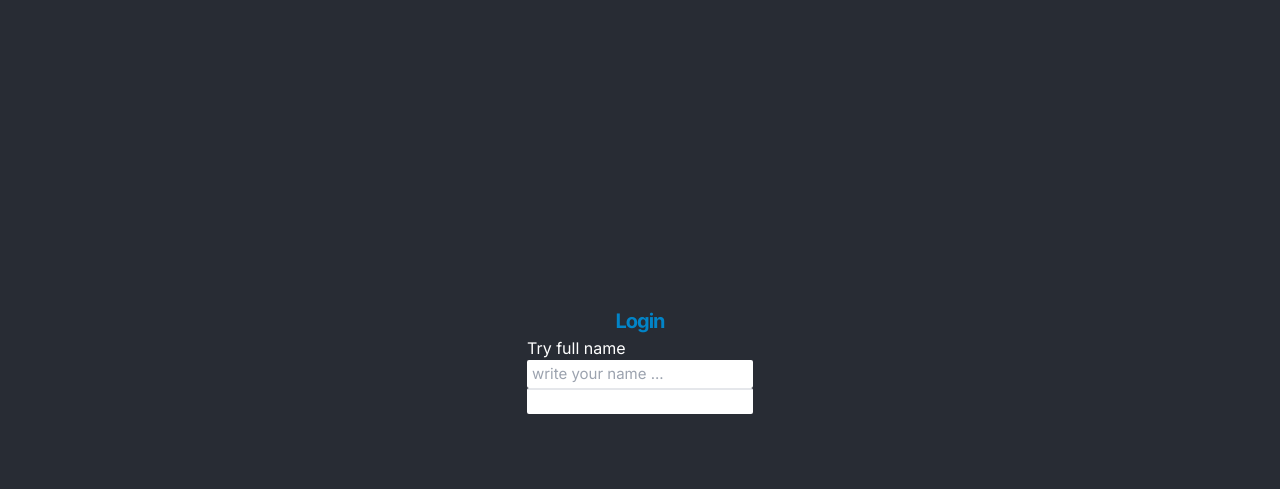
Repository: devsecops-node/simple-play
Page: /
An editor plug-in stored every save of this project. The page is shown before and after the next save, followed by the edit.
The browser window is 1280 px wide. The pictures show the whole page.
The project was rebuilt for these pictures with package versions that can differ from the ones it lists, and the page was loaded fresh each time. The framework's server and built-in components were replaced by stand-ins that run in the browser. Also part of the build but not shown: next.config.mjs.

Above is the page before, as saved 2024-06-21 12:41:56.

### src/app/(main)/page.tsx
import Image from "next/image";
import Container from "../_components/Container";
import FormsName from "../_components/FormsName";

export default function Home() {
  return (
    <Container>
      <h1 className="text-[20px] text-sky-600 font-bold tracking-tighter">Login</h1>
      <FormsName />
    </Container>
  );
}

### src/app/globals.css
@tailwind base;
@tailwind components;
@tailwind utilities;

:root {
  --foreground-rgb: 0, 0, 0;
  --background-start-rgb: 214, 219, 220;
  --background-end-rgb: 255, 255, 255;
}

@media (prefers-color-scheme: dark) {
  :root {
    --foreground-rgb: 255, 255, 255;
    --background-start-rgb: 0, 0, 0;
    --background-end-rgb: 0, 0, 0;
  }
}

body {
  color: rgb(var(--foreground-rgb));
  background: linear-gradient(
      to bottom,
      transparent,
      rgb(var(--background-end-rgb))
    )
    rgb(var(--background-start-rgb));
}

@layer utilities {
  .text-balance {
    text-wrap: balance;
  }
}

input{
  color: black;
  padding: 3px 5px;
  border-radius: 0.125rem;
  -webkit-border-radius: 0.125rem;
  -moz-border-radius: 0.125rem;
  -ms-border-radius: 0.125rem;
  -o-border-radius: 0.125rem;
  font-size: 15px;
  border: none;
}
input[type=text]:focus {
  outline: 2px solid #0284c7;
}

### src/app/_components/Container.tsx
import React from 'react'

const Container = ({ children }: { children: React.ReactNode }) => {
  return (
    <div className='bg-[#282c34] h-screen text-white flex flex-col justify-center items-center'>
      {children}
    </div>
  )
}

export default Container

### src/app/_components/FormsName.tsx
"use client"
import React, { useState } from 'react'
import RecomendationsSearch from './RecomendationsSearch'

const FormsName = () => {
  const [name, setName] = useState('')
  const [statusSearch, setStatusSearch] = useState(true)
  return (
    <form action="/" className="flex flex-col">
      <section className="flex flex-col">
        <label htmlFor="name" >Try full name</label>
        <input
          type="text"
          onKeyUp={() => console.log('esccribiendo')}
          value={name} onChange={(e) => setName(e.target.value)}
          placeholder="write your name ..." id="name" />
      </section>
      {statusSearch ? (<RecomendationsSearch />) : <></>}
    </form>
  )
}

export default FormsName

### src/app/_components/RecomendationsSearch.tsx
import React from 'react'

const RecomendationsSearch = () => {
  return (
    <div className='bg-white rounded-sm border-t-2'>RecomendationsSearch</div>
  )
}

export default RecomendationsSearch

Loaded but not shown: src/app/layout.tsx (common file); tailwind.config.ts (common file)

After the next save:
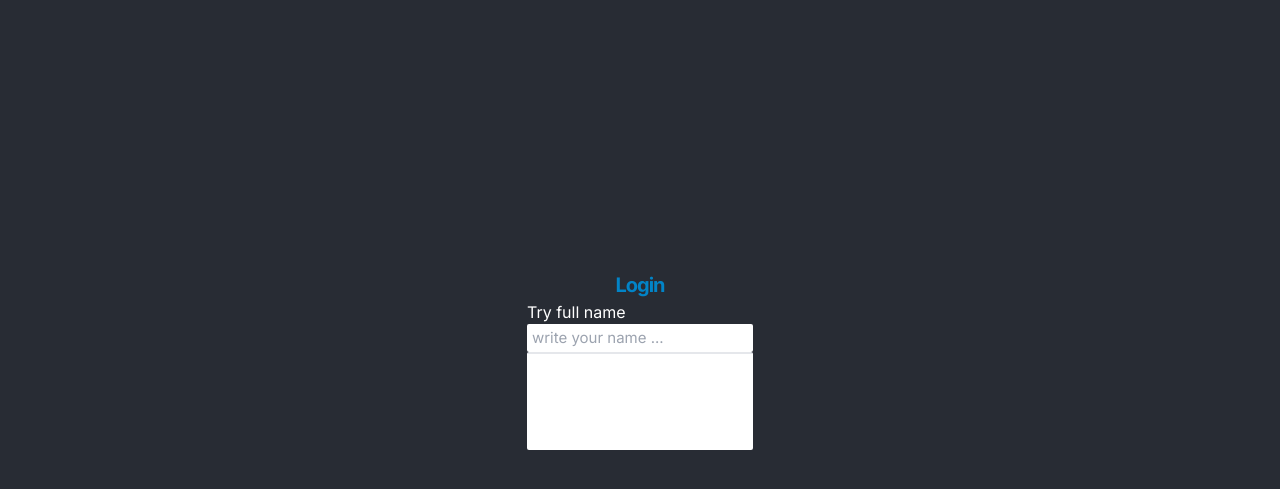
Saved 69 s later.
--- a/src/app/_components/RecomendationsSearch.tsx
+++ b/src/app/_components/RecomendationsSearch.tsx
@@ -1,8 +1,15 @@
 import React from 'react'
 
 const RecomendationsSearch = () => {
+  const recomendations = ["qweqwe", "Qweqwe", "qweqweqwe", "qweqweqwe"]
   return (
-    <div className='bg-white rounded-sm border-t-2'>RecomendationsSearch</div>
+    <div className='bg-white rounded-sm border-t-2'>
+      {
+        recomendations.map((rec) => (
+          <p>{rec}</p>
+        ))
+      }
+    </div>
   )
 }
 
